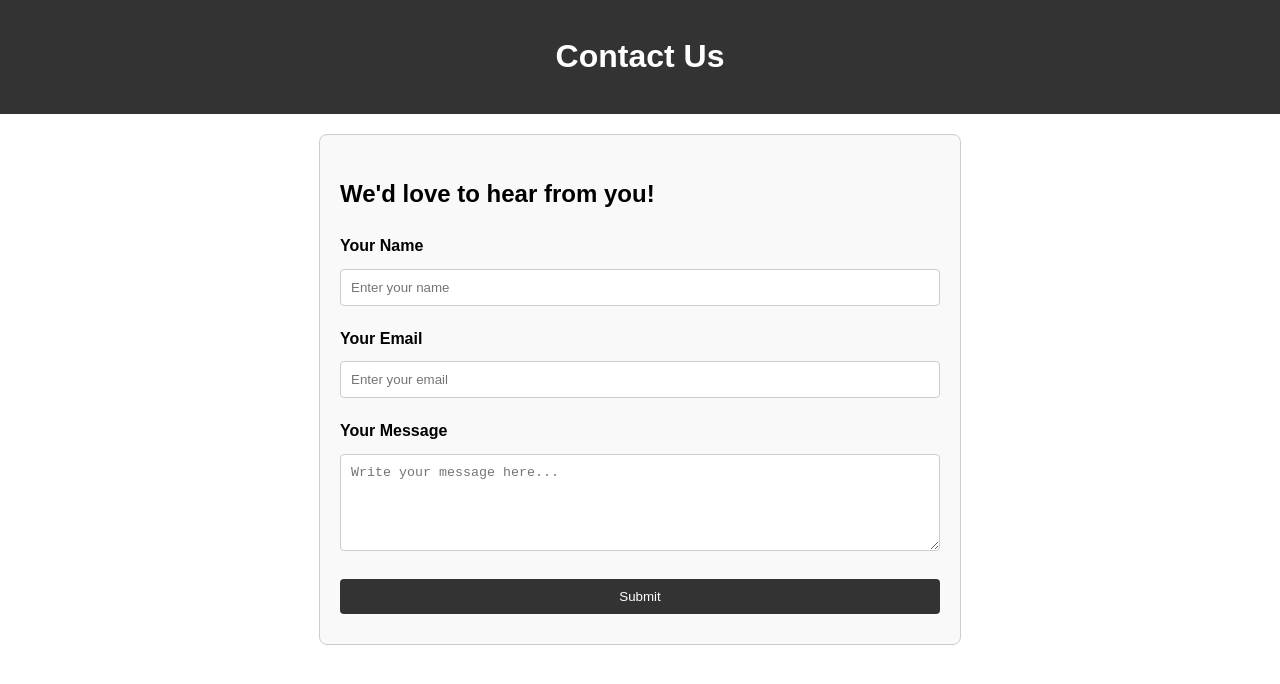
Repository: swathi731/myproject
Page: http://localhost/Contactus
The author's editor kept a copy of each file at every save. The page is drawn from the files as they stood at one save, then again after the next save.
The browser window is 1280 px wide. The pictures show the whole page.
The page is this project's Thymeleaf template; nobody is signed in. The template is opened directly, without the code that normally fills it, so the values that code supplies are empty.

Above is the page before, as saved 2024-12-19 10:01:19.

After the next save:
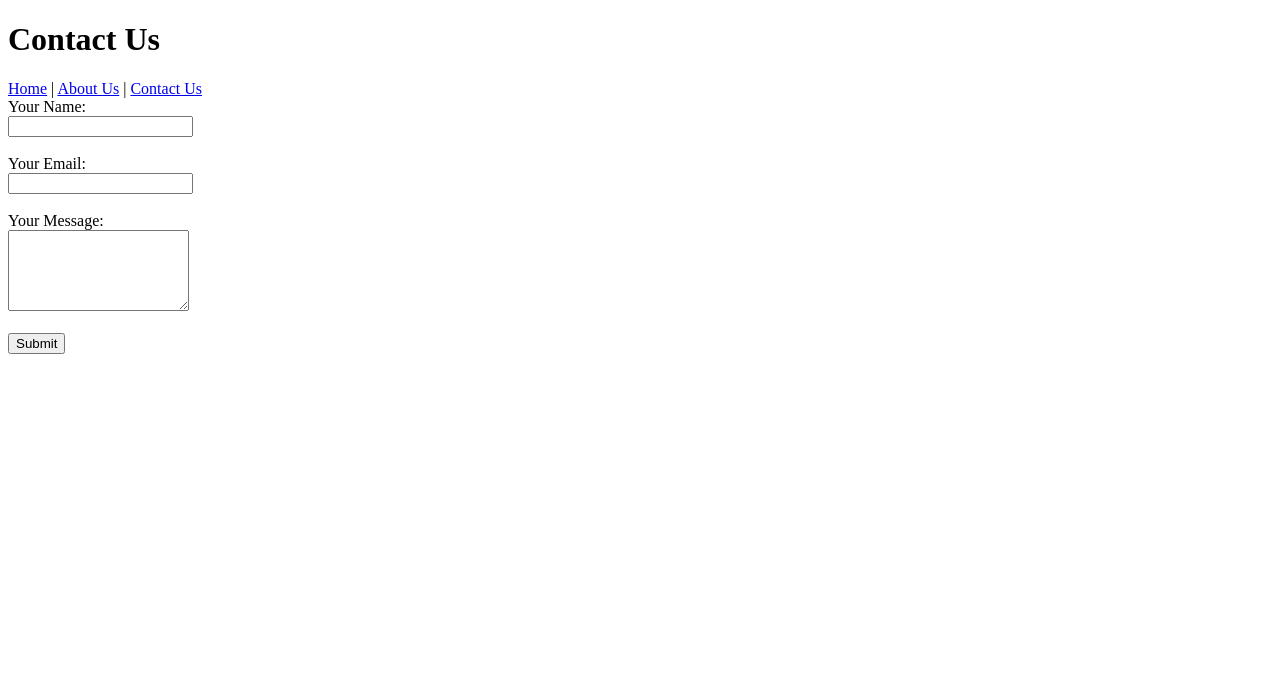
Saved 24 s later.
--- a/Springbootmvc-product/src/main/resources/templates/Contactus.html
+++ b/Springbootmvc-product/src/main/resources/templates/Contactus.html
@@ -1,69 +1,29 @@
 <!DOCTYPE html>
-<html>
+<html xmlns:th="https://www.thymeleaf.org">
 <head>
-    <title>Contact Us</title>
-    <style>
-        body {
-            font-family: Arial, sans-serif;
-            margin: 0;
-            padding: 0;
-            line-height: 1.6;
-        }
-        header {
-            background: #333;
-            color: #fff;
-            padding: 10px 0;
-            text-align: center;
-        }
-        .container {
-            padding: 20px;
-            max-width: 600px;
-            margin: 20px auto;
-            border: 1px solid #ccc;
-            border-radius: 8px;
-            background-color: #f9f9f9;
-        }
-        form label {
-            display: block;
-            margin-top: 10px;
-            font-weight: bold;
-        }
-        form input, form textarea, form button {
-            width: 100%;
-            padding: 10px;
-            margin: 10px 0;
-            border: 1px solid #ccc;
-            border-radius: 4px;
-            box-sizing: border-box;
-        }
-        form button {
-            background-color: #333;
-            color: #fff;
-            border: none;
-            cursor: pointer;
-        }
-        form button:hover {
-            background-color: #555;
-        }
-    </style>
+    <title>Contact Us - Our Company</title>
 </head>
 <body>
     <header>
         <h1>Contact Us</h1>
     </header>
-    <div class="container">
-        <h2>We'd love to hear from you!</h2>
-        <form action="#" method="post">
-            <label for="name">Your Name</label>
-            <input type="text" id="name" name="name" placeholder="Enter your name" required>
+    <nav>
+        <a href="home.html">Home</a> |
+        <a href="about.html">About Us</a> |
+        <a href="contact.html">Contact Us</a>
+    </nav>
+    <div>
+        <form th:action="@{/sendmessage}" method="post">
+            <label for="contactName">Your Name:</label><br>
+            <input type="text" id="contactName" name="contactName" required><br><br>
 
-            <label for="email">Your Email</label>
-            <input type="email" id="email" name="email" placeholder="Enter your email" required>
+            <label for="contactEmail">Your Email:</label><br>
+            <input type="email" id="contactEmail" name="contactEmail" required><br><br>
 
-            <label for="message">Your Message</label>
-            <textarea id="message" name="message" rows="5" placeholder="Write your message here..." required></textarea>
+            <label for="contactMessage">Your Message:</label><br>
+            <textarea id="contactMessage" name="contactMessage" rows="5" required></textarea><br><br>
 
-            <button type="submit">Submit</button>
+            <input type="submit" value="Submit">
         </form>
     </div>
 </body>
